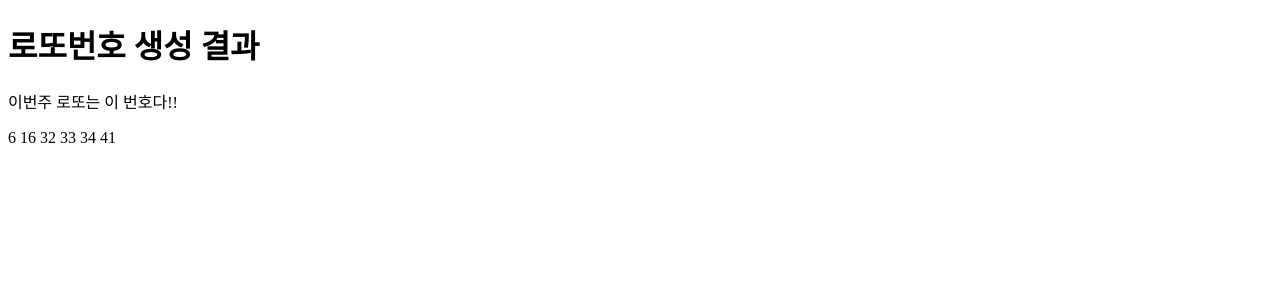
Repository: markahn02050/jsp_practice
Page: http://localhost/JSPBasic/JspTag/TagQ03.jsp
An editor plug-in stored every save of this project. The page is shown before and after the next save, followed by the edit.
The browser window is 1280 px wide. The pictures show the whole page.
The page is served by Tomcat 9.

Above is the page before, as saved 2022-02-03 01:42:59.

### JSPBasic/src/main/webapp/JspTag/TagQ03.jsp
<%@ page language="java" contentType="text/html; charset=UTF-8"
    pageEncoding="UTF-8"%>
<%@ page import = "java.util.*" %>
<!DOCTYPE html>
<html>
<head>
<meta charset="UTF-8">
<title>Insert title here</title>
</head>
<body>
	<%!
		List<Integer> lotto = new ArrayList<>();

	%>

	<h1>로또번호 생성 결과</h1>

	<p>이번주 로또는 이 번호다!!</p>

	<%
		while(true){

			int randNum = (int)(Math.random() * 45) + 1;

			if(!lotto.contains(randNum)) {

				lotto.add(randNum);

			}

			if(lotto.size() == 6) {

				break;
			}
		}

		Collections.sort(lotto);

		for(Integer i : lotto){

			out.println(i + " ");
			Thread.sleep(700);
			out.flush();
		}


	%>

</body>
</html>

After the next save:
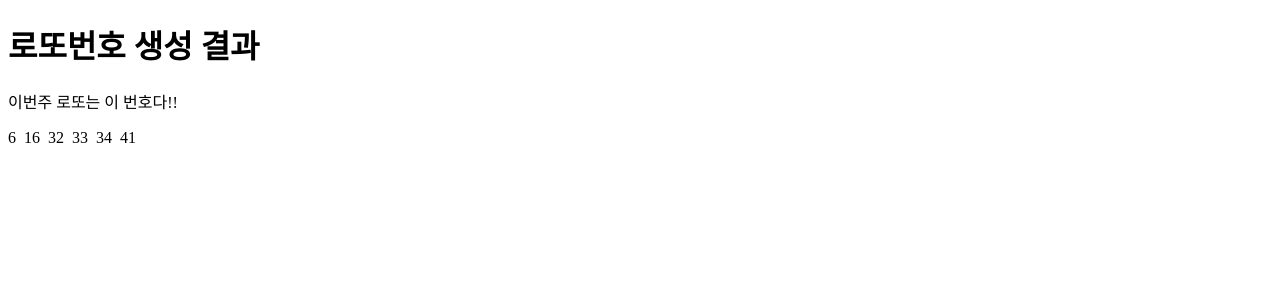
Saved 5 min 9 s later.
--- a/JSPBasic/src/main/webapp/JspTag/TagQ03.jsp
+++ b/JSPBasic/src/main/webapp/JspTag/TagQ03.jsp
@@ -38,7 +38,7 @@
 
 		for(Integer i : lotto){
 
-			out.println(i + " ");
+			out.println(i + "&nbsp");
 			Thread.sleep(700);
 			out.flush();
 		}
